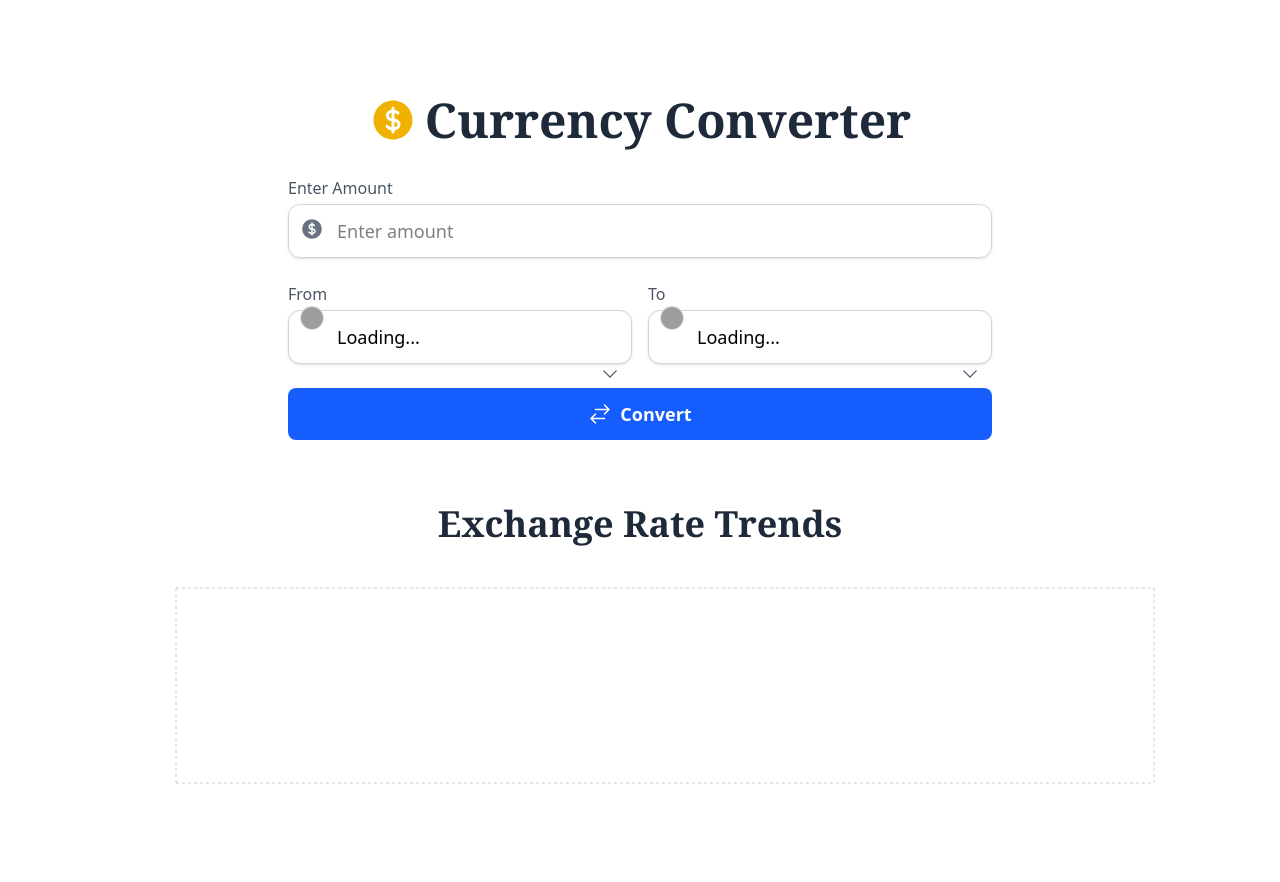
Repository: adrcstro/withcenter_developer_exam
Page: /
These files come from the project's save history. The page is drawn as it stood at one moment and after a run of saves; the edit follows.
The browser window is 1280 px wide. The pictures show the whole page.
Pictures or frames that could not be fetched are drawn as grey boxes. The page's requests for data from a server got no answer. The project was rebuilt for these pictures with package versions that can differ from the ones it lists, and the page was loaded fresh each time. No one was signed in, and anything a server would have sent is missing. Also part of the build but not shown: vite.config.ts.

Above is the page before, as saved 2025-03-20 08:55:43.

After the next 2 saves:
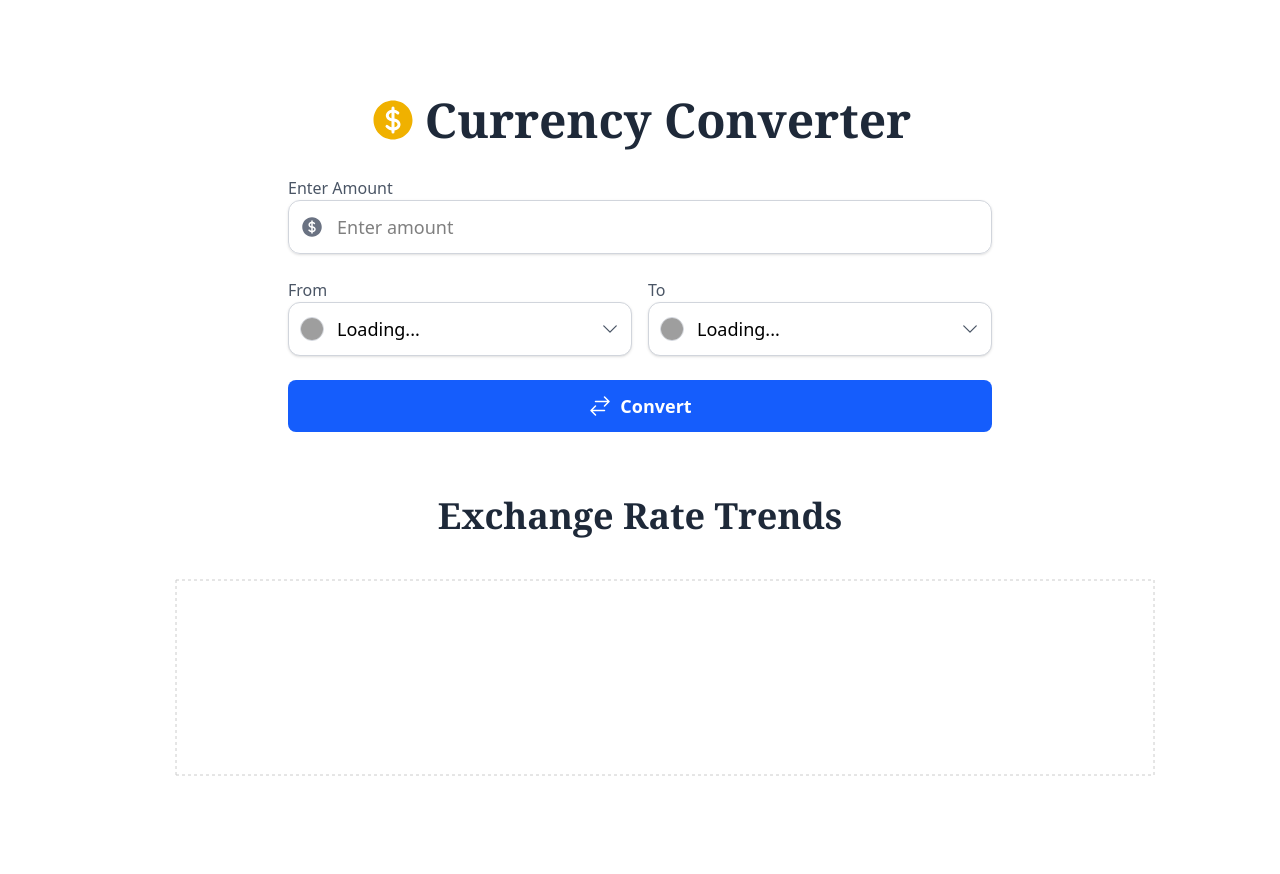
The 2 saves are shown as one change because they came seconds apart.
The last was saved 89 s later.
--- a/src/App.tsx
+++ b/src/App.tsx
@@ -60,42 +60,48 @@ function CurrencyConverter() {
   return (
     <div className="flex flex-col bg-white justify-center p-8 items-center lg:p-16 md:p-12 min-h-screen">
     <div className="flex flex-col justify-center w-full items-center max-w-[2000px] md:px-8 px-4">
+
+
     <div className="bg-white p-4 rounded-xl w-full max-w-3xl md:p-8 sm:p-6">
   <h2 className="flex justify-center text-center text-gray-800 text-xl font-semibold font-serif gap-2 items-center lg:mb-8 lg:text-5xl mb-4 md:mb-6 md:text-4xl sm:mb-5 sm:text-2xl">
     <CurrencyDollarIcon className="h-5 text-yellow-500 w-5 lg:h-12 lg:w-12 md:h-10 md:w-10 sm:h-6 sm:w-6" />
     Currency Converter
   </h2>
 
-  {/* Amount Input */}
-  <div className="w-full mb-4 md:mb-6 sm:mb-5">
+  <div className="w-full mb-4 md:mb-6">
     <label className="text-gray-600 text-sm block font-medium sm:text-base">Enter Amount</label>
     <div className="relative">
       <input
         type="number"
         value={amount}
         onChange={(e) => dispatch(setAmount(e.target.value))}
-        className="border border-gray-300 rounded-xl shadow-sm text-sm w-full focus:outline-none focus:ring-2 focus:ring-blue-500 md:pl-12 md:text-lg mt-1 pl-10 pr-4 py-2 sm:py-3 sm:text-base transition-all"
+        className="border border-gray-300 rounded-xl shadow-sm text-sm w-full duration-200 focus:outline-none focus:ring-2 focus:ring-blue-500 md:pl-12 md:text-lg pl-8 pr-4 py-2 sm:pl-10 sm:py-3 sm:text-base transition-all"
         placeholder="Enter amount"
       />
       <CurrencyDollarIcon className="h-5 text-gray-500 w-5 -translate-y-1/2 absolute left-3 sm:h-6 sm:w-6 top-1/2" />
     </div>
   </div>
 
-  {/* Currency Select Fields */}
-  <div className="flex flex-col gap-4 mb-4 md:flex-row md:mb-6">
+  <div className="flex flex-col gap-4 md:flex-row md:mb-6">
     {/* From Currency */}
     <div className="w-full md:w-1/2">
       <label className="text-gray-600 text-sm block font-medium sm:text-base">From</label>
-      <div className="relative">
-        <img src={getFlagUrl(fromCurrency)} alt={fromCurrency} className="border border-gray-300 h-5 rounded-full w-5 absolute left-3 sm:h-6 sm:w-6" />
+      <div className="flex items-center relative">
+        <img src={getFlagUrl(fromCurrency)} alt={fromCurrency} className="border border-gray-300 h-4 rounded-full w-4 absolute left-3 md:h-6 md:w-6 sm:h-5 sm:w-5" />
         <select
           value={fromCurrency}
           onChange={(e) => dispatch(setFromCurrency(e.target.value))}
-          className="bg-white border border-gray-300 rounded-xl shadow-sm text-sm w-full appearance-none focus:outline-none focus:ring-2 focus:ring-blue-500 md:pl-12 md:py-3 md:text-lg mt-1 pl-10 pr-8 py-2 sm:pr-10 sm:text-base transition-all"
+          className="bg-white border border-gray-300 rounded-xl shadow-sm text-sm w-full appearance-none duration-200 focus:outline-none focus:ring-2 focus:ring-blue-500 md:pl-12 md:pr-10 md:text-lg pl-8 pr-6 py-2 sm:pl-10 sm:pr-8 sm:py-3 sm:text-base transition-all"
         >
-          {isLoading ? <option>Loading...</option> : currencies?.map(({ code, name }: Currency) => (
-            <option key={code} value={code}>{code} - {name}</option>
-          ))}
+          {isLoading ? (
+            <option>Loading...</option>
+          ) : (
+            currencies?.map(({ code, name }: Currency) => (
+              <option key={code} value={code}>
+                {code} - {name}
+              </option>
+            ))
+          )}
         </select>
         <ChevronDownIcon className="h-4 text-gray-600 w-4 absolute pointer-events-none right-3 sm:h-5 sm:w-5" />
       </div>
@@ -104,23 +110,28 @@ function CurrencyConverter() {
     {/* To Currency */}
     <div className="w-full md:w-1/2">
       <label className="text-gray-600 text-sm block font-medium sm:text-base">To</label>
-      <div className="relative">
-        <img src={getFlagUrl(toCurrency)} alt={toCurrency} className="border border-gray-300 h-5 rounded-full w-5 absolute left-3 sm:h-6 sm:w-6" />
+      <div className="flex items-center relative">
+        <img src={getFlagUrl(toCurrency)} alt={toCurrency} className="border border-gray-300 h-4 rounded-full w-4 absolute left-3 md:h-6 md:w-6 sm:h-5 sm:w-5" />
         <select
           value={toCurrency}
           onChange={(e) => dispatch(setToCurrency(e.target.value))}
-          className="bg-white border border-gray-300 rounded-xl shadow-sm text-sm w-full appearance-none focus:outline-none focus:ring-2 focus:ring-blue-500 md:pl-12 md:py-3 md:text-lg mt-1 pl-10 pr-8 py-2 sm:pr-10 sm:text-base transition-all"
+          className="bg-white border border-gray-300 rounded-xl shadow-sm text-sm w-full appearance-none duration-200 focus:outline-none focus:ring-2 focus:ring-blue-500 md:pl-12 md:pr-10 md:text-lg pl-8 pr-6 py-2 sm:pl-10 sm:pr-8 sm:py-3 sm:text-base transition-all"
         >
-          {isLoading ? <option>Loading...</option> : currencies?.map(({ code, name }: Currency) => (
-            <option key={code} value={code}>{code} - {name}</option>
-          ))}
+          {isLoading ? (
+            <option>Loading...</option>
+          ) : (
+            currencies?.map(({ code, name }: Currency) => (
+              <option key={code} value={code}>
+                {code} - {name}
+              </option>
+            ))
+          )}
         </select>
         <ChevronDownIcon className="h-4 text-gray-600 w-4 absolute pointer-events-none right-3 sm:h-5 sm:w-5" />
       </div>
     </div>
   </div>
 
-  {/* Convert Button */}
   <button
     onClick={handleConvert}
     className="flex bg-blue-600 justify-center rounded-lg text-sm text-white w-full duration-300 font-semibold gap-2 hover:bg-blue-700 items-center md:text-lg py-2 sm:py-3 sm:text-base transition"
@@ -129,7 +140,6 @@ function CurrencyConverter() {
     Convert
   </button>
 
-  {/* Conversion Result */}
   {convertedAmount && (
     <div className="text-center md:mt-6 mt-4 sm:mt-5">
       <p className="text-base text-gray-800 md:text-xl sm:text-lg">
@@ -138,8 +148,6 @@ function CurrencyConverter() {
     </div>
   )}
 </div>
-
-
 
 
     </div>
